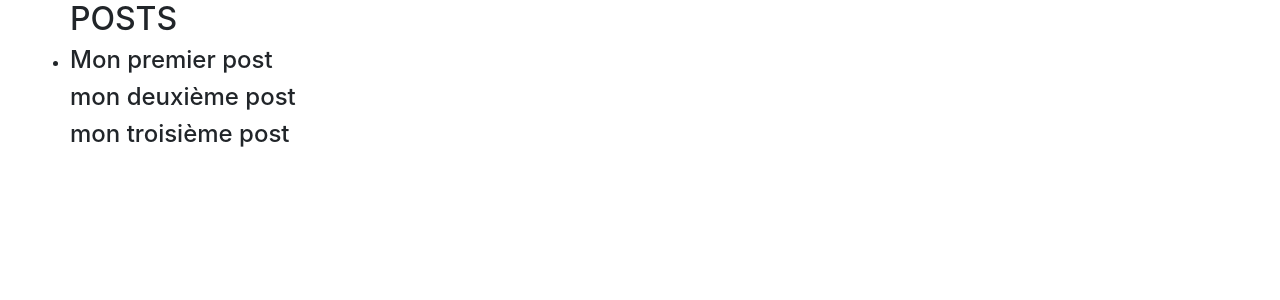
Repository: BillThePony/Ng-Blog-OC
Page: /
The author's editor kept a copy of each file at every save. The page is drawn from the files as they stood at one save, then again after the next save.
The browser window is 1280 px wide. The pictures show the whole page.
The project was rebuilt for these pictures with package versions that can differ from the ones it lists, and the page was loaded fresh each time. Also part of the build but not shown: angular.json, src/app/post-list-item/post-list-item.component.ts.

Above is the page before, as saved 2018-10-08 15:19:05.

### src/index.html
<!doctype html>
<html lang="en">
<head>
  <meta charset="utf-8">
  <title>MonBlog</title>
  <base href="/">

  <meta name="viewport" content="width=device-width, initial-scale=1">
  <link rel="icon" type="image/x-icon" href="favicon.ico">
</head>
<body>
  <app-root></app-root>
</body>
</html>

### src/app/app.component.ts
import { Component } from '@angular/core';

@Component({
  selector: 'app-root',
  templateUrl: './app.component.html',
  styleUrls: ['./app.component.css']
})
export class AppComponent {
  title = 'mon-blog';
}

### src/app/post-list/post-list.component.ts
import { Component, OnInit } from "@angular/core";

@Component({
  selector: "app-post-list",
  templateUrl: "./post-list.component.html",
  styleUrls: ["./post-list.component.css"]
})
export class PostListComponent implements OnInit {
  post1 = "Mon premier post";
  post2 = "mon deuxième post";
  post3 = "mon troisième post";

  constructor() {}

  ngOnInit() {}
}

### src/app/app.component.html
<div class="container">
  <div class="row">
    <div class="col-xs-12">
      <ul class="list-group">
        <h2>POSTS</h2>
        <app-post-list></app-post-list>
      </ul>
    </div>
  </div>
</div>

### src/app/post-list/post-list.component.html
<li class="list-grou-item">
  <div>
    <h4>{{post1}}</h4>

    <h4>{{post2}}</h4>

    <h4>{{post3}}</h4>
  </div>
</li>

Loaded but not shown: src/styles.css (common file); src/main.ts (common file); src/app/app.module.ts (common file); src/environments/environment.ts (common file); src/app/app.component.css (no stored copy; drawn as an empty file); src/app/post-list/post-list.component.css (no stored copy; drawn as an empty file)

After the next save:
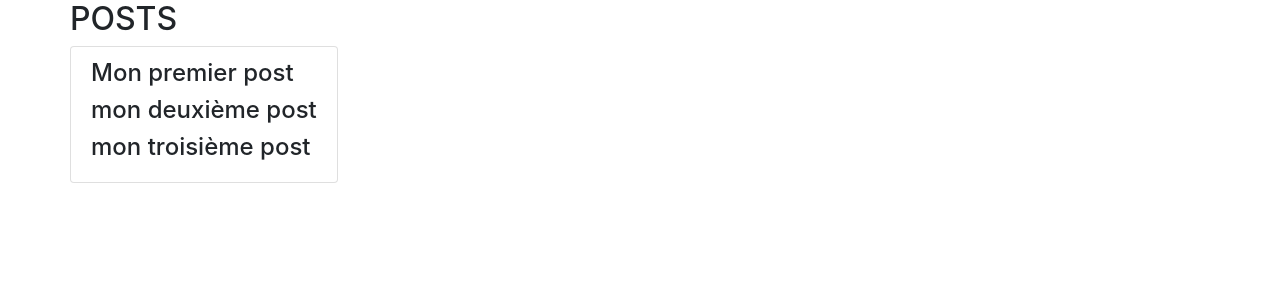
Saved 29 s later.
--- a/src/app/post-list/post-list.component.html
+++ b/src/app/post-list/post-list.component.html
@@ -1,4 +1,4 @@
-<li class="list-grou-item">
+<li class="list-group-item">
   <div>
     <h4>{{post1}}</h4>
 
